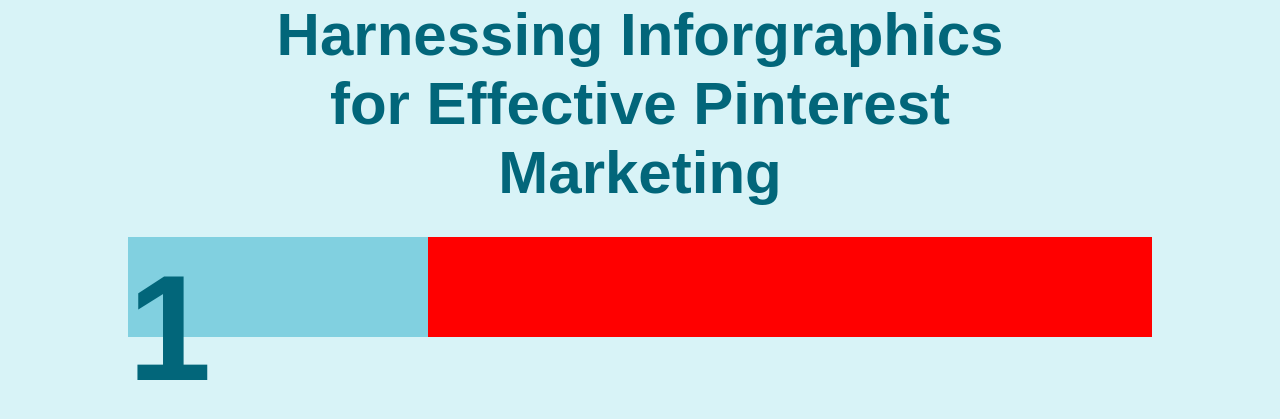
Repository: ayushrajput545/InforGraphic-page
Page: index.html
These files come from the project's save history. The page is drawn as it stood at one moment and after a run of saves; the edit follows.
The browser window is 1280 px wide. The pictures show the whole page.
Some web fonts or font styles are not loaded; a fallback is used.

Above is the page before, as saved 2025-04-01 21:50:57.

### index.html
<!DOCTYPE html>
<html lang="en">
<head>
    <meta charset="UTF-8">
    <meta name="viewport" content="width=device-width, initial-scale=1.0">
    <link rel="stylesheet" href="style.css">
    <link rel="preconnect" href="https://fonts.googleapis.com">
    <link rel="preconnect" href="https://fonts.gstatic.com" crossorigin>
    <link href="https://fonts.googleapis.com/css2?family=Protest+Riot&display=swap" rel="stylesheet">
</head>
<body>

    <h1 class="header">Harnessing Inforgraphics for Effective Pinterest Marketing</h1>



    <div class="container">

        <div class="overlap">
            <h1 class="steps">1</h1>

        </div>



    </div>

</body>
</html>

### style.css
*{
    margin: 0;
    padding: 0;
    box-sizing: border-box;
}

body{
    background-color: #d8f3f7;;
}

.header{
    font-family: "Protest Riot", sans-serif;
    text-align: center;
    max-width: 60%;
    margin: auto;
    font-size: 60px;
    font-weight: bold;
    color: #02667a;
}

.container{
    position: relative;
    width: 80%;
    margin: auto;
    background-color: red;
    margin-top: 30px;
}

.overlap{
    background-color: #81d0e0;
    width: 300px;
    height: 100px;
    position: relative;
    z-index: 1;
}

.steps{
    font-family: "Protest Riot", sans-serif;
    font-size: 150px;
    font-weight: bold;
    color: #02667a;
    position: absolute;
    z-index: 2;
    top: 5px;

}

After the next 3 saves:
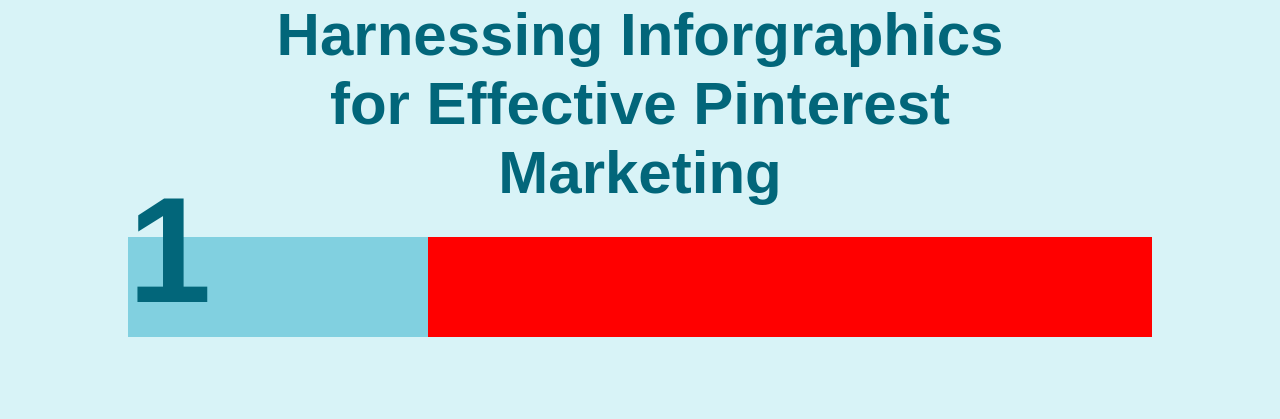
The 3 saves are shown as one change because they came seconds apart.
The last was saved 8 s later.
--- a/style.css
+++ b/style.css
@@ -41,6 +41,6 @@
     color: #02667a;
     position: absolute;
     z-index: 2;
-    top: 5px;
+    bottom: 0;
 
 }
